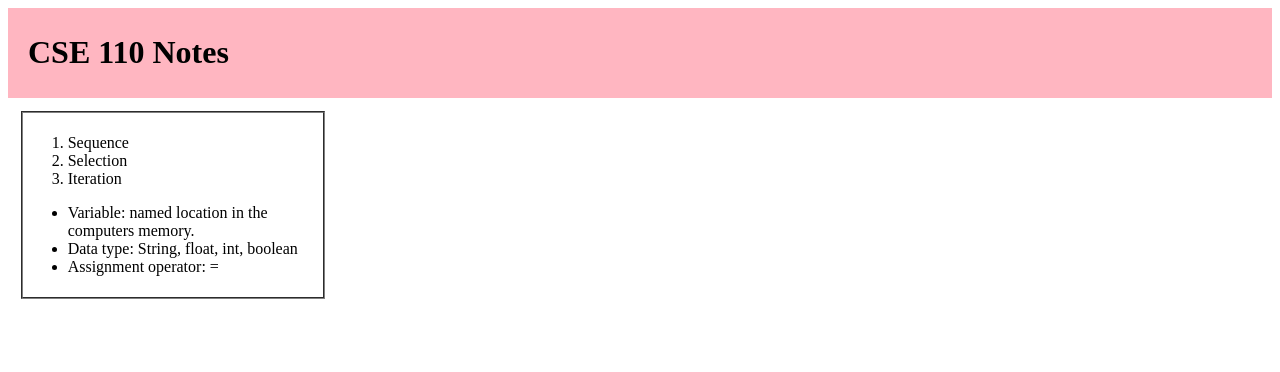
Repository: harleywolfley/wdd130
Page: spring25/cse110/cseindex.html
An editor plug-in stored every save of this project. The page is shown before and after the next save, followed by the edit.
The browser window is 1280 px wide. The pictures show the whole page.

Above is the page before, as saved 2025-04-29 16:46:25.

### spring25/cse110/cseindex.html
<!DOCTYPE html>
<html>
    <head>
        <link rel="stylesheet" href="csestyle.css">
    </head>
    <body>
        <header>
            <h1>CSE 110 Notes</h1>
        </header>
    <div>
        <ol>
            <li>Sequence</li>
            <li>Selection</li>
            <li>Iteration</li>
        </ol>
        <ul>
        <li>Variable: named location in the computers memory.</li>
        <li>Data type: String, float, int, boolean</li>
        <li>Assignment operator: =</li>
        </ul>
    </div>
    </body>
</html>

### spring25/cse110/csestyle.css
header {
    background-color: lightpink;
    padding: 5px 20px;
}

div {
    padding: 5px;
    margin: 1%;
    border-color: gray;
    border-width: 2px;
    border-style: groove;
    width: 23%;
}

After the next save:
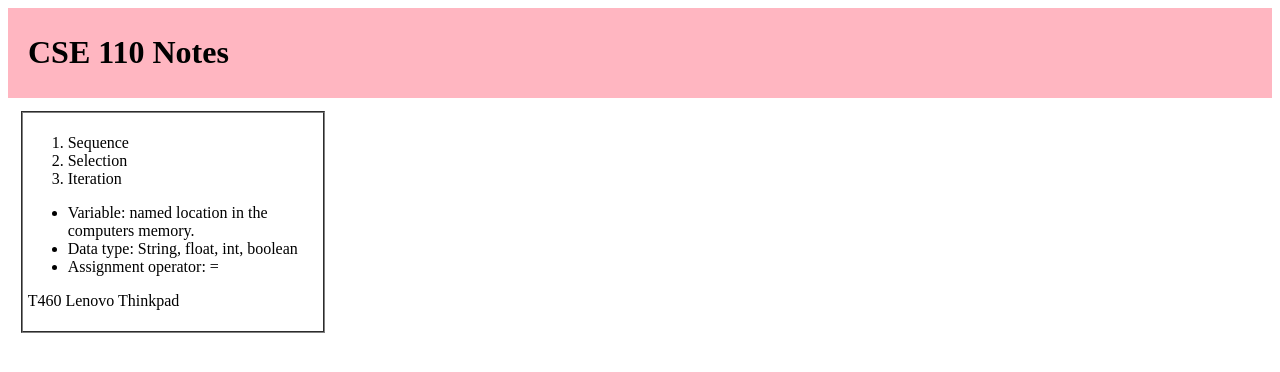
Saved 12 min 56 s later.
--- a/spring25/cse110/cseindex.html
+++ b/spring25/cse110/cseindex.html
@@ -18,6 +18,7 @@
         <li>Data type: String, float, int, boolean</li>
         <li>Assignment operator: =</li>
         </ul>
+        <p>T460 Lenovo Thinkpad</p>
     </div>
     </body>
 </html>
